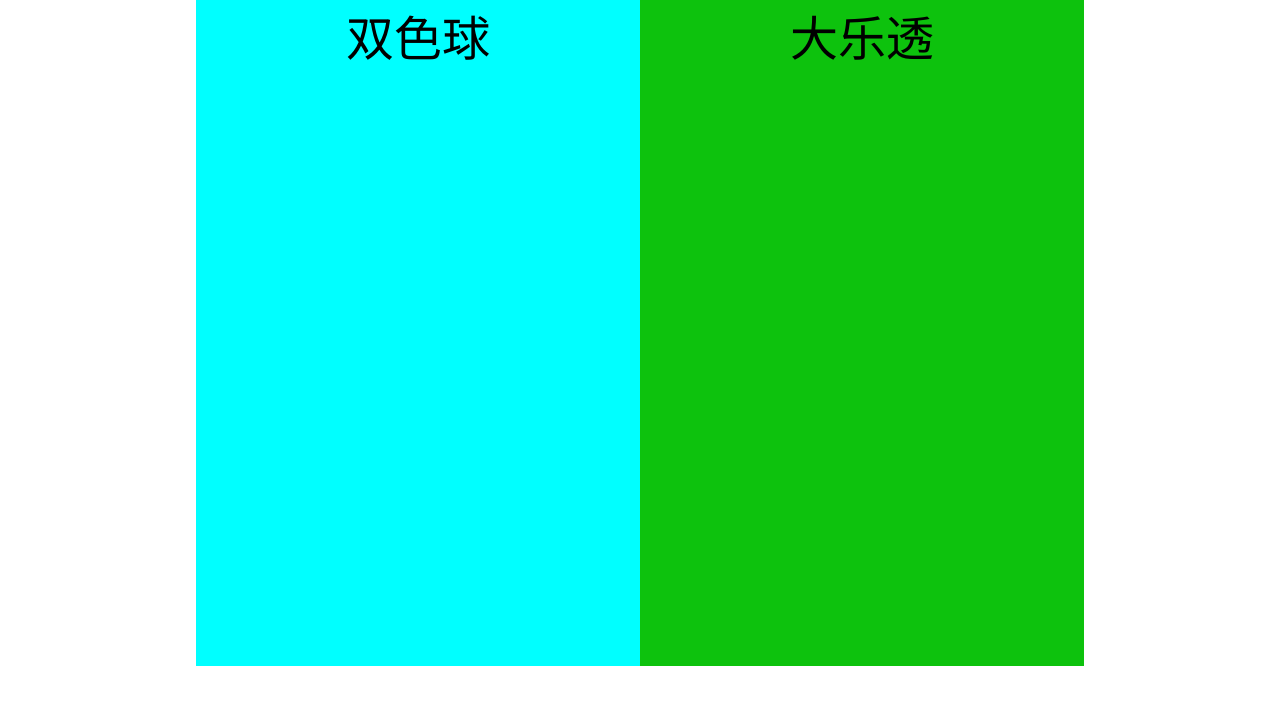
Repository: yz1181214391/caipiao-demo
Page: Cp.html
These files come from the project's save history. The page is drawn as it stood at one moment and after the next save; the edit follows.
The browser window is 1280 px wide. The pictures show the whole page.

Above is the page before, as saved 2020-12-14 10:31:21.

### Cp.html
<!DOCTYPE html>
<html lang="en">
<head>
    <meta charset="UTF-8">
    <meta name="viewport" content="width=device-width, initial-scale=1.0">
    <title>彩票</title>
</head>
<style type="text/css">
    html,body {margin: 0;padding: 0;height: 100%;width: 100%;}
    a {text-decoration: none;}
    body,div,dl,dt,dd,ul,ol,li,h1,h2,h3,h4,h5,h6,pre,form,fieldset,input,textarea,p,blockquote,th,td {margin: 0;padding: 0;}
    table {border-collapse: collapse;border-spacing: 0;}
    fieldset,img {border: 0;}
    address,caption,cite,code,dfn,em,strong,th,var {font-style: normal;font-weight: normal;}
    ol,ul {list-style: none;}
    caption,th {text-align: left;}
    h1,h2,h3,h4,h5,h6 {font-size: 100%;font-weight: normal;}
    q:before,q:after {content: '';}
    abbr,acronym {border: 0;}
    body{
        font-family: "Chinese Quote", -apple-system, BlinkMacSystemFont, "Segoe UI", "PingFang SC", "Hiragino Sans GB", "Microsoft YaHei", "Helvetica Neue", Helvetica, Arial, sans-serif, "Apple Color Emoji", "Segoe UI Emoji", "Segoe UI Symbol";
    }

    .box{
        margin: 0 auto;
        width: 888px;
        height: 666px;
    }
    .cp-flex{
        display: flex;
        flex-direction: row;
        justify-content: center;
    }
    .cp-font{
        font-size: 48px;
        font-family: "Times New Roman", Times, serif;
    }
    .ssq-box{
        width: 100%;
        background-color: aqua;
    }
    .dlt-box{
        width: 100%;
        background-color: rgb(13, 194, 13);
    }

</style>
<body>
    <div class="box cp-flex">
        <div class="ssq-box cp-flex">
            <h1 class="cp-font">双色球</h1>
        </div>
        <div class="dlt-box cp-flex">
            <h1 class="cp-font">大乐透</h1>
        </div>
    </div>
</body>
</html>

After the next save:
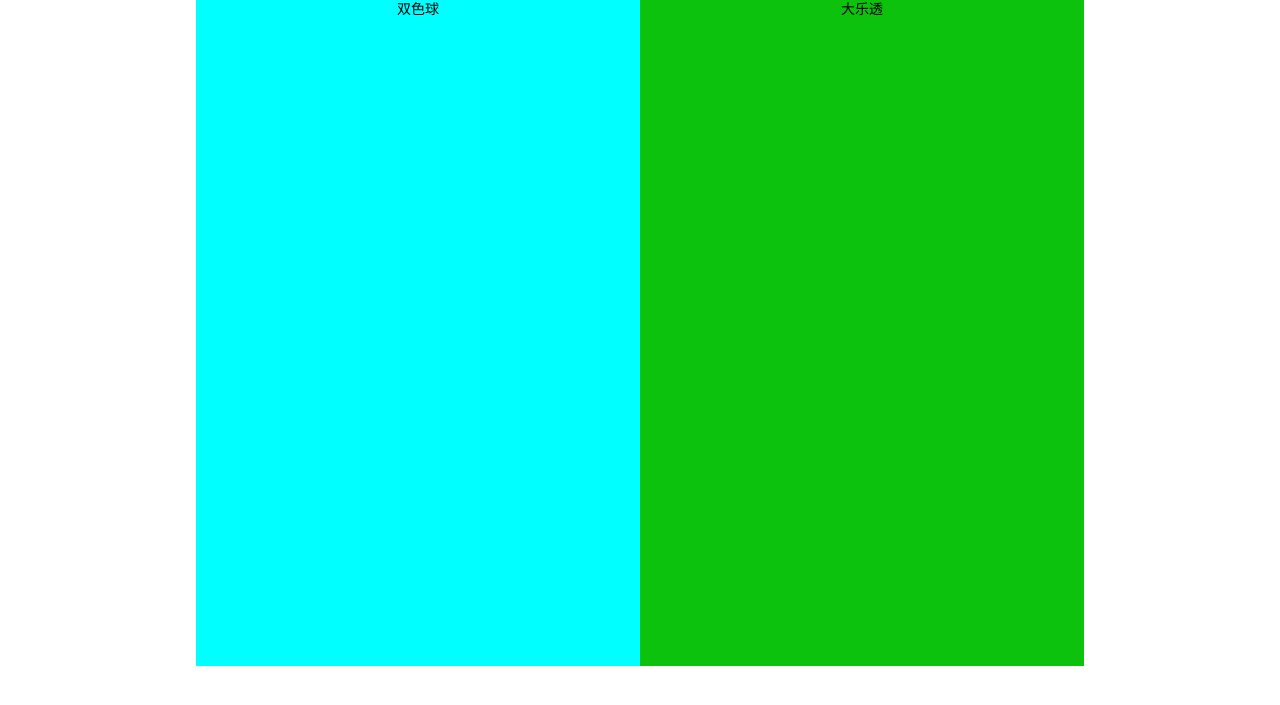
Saved 31 s later.
--- a/Cp.html
+++ b/Cp.html
@@ -32,8 +32,10 @@
         justify-content: center;
     }
     .cp-font{
-        font-size: 48px;
-        font-family: "Times New Roman", Times, serif;
+        /* font-size: 48px;
+        font-family: "Times New Roman", Times, serif; */
+        font:14px/18px "Trebuchet MS", Arial, Helvetica, sans-serif;
+
     }
     .ssq-box{
         width: 100%;
